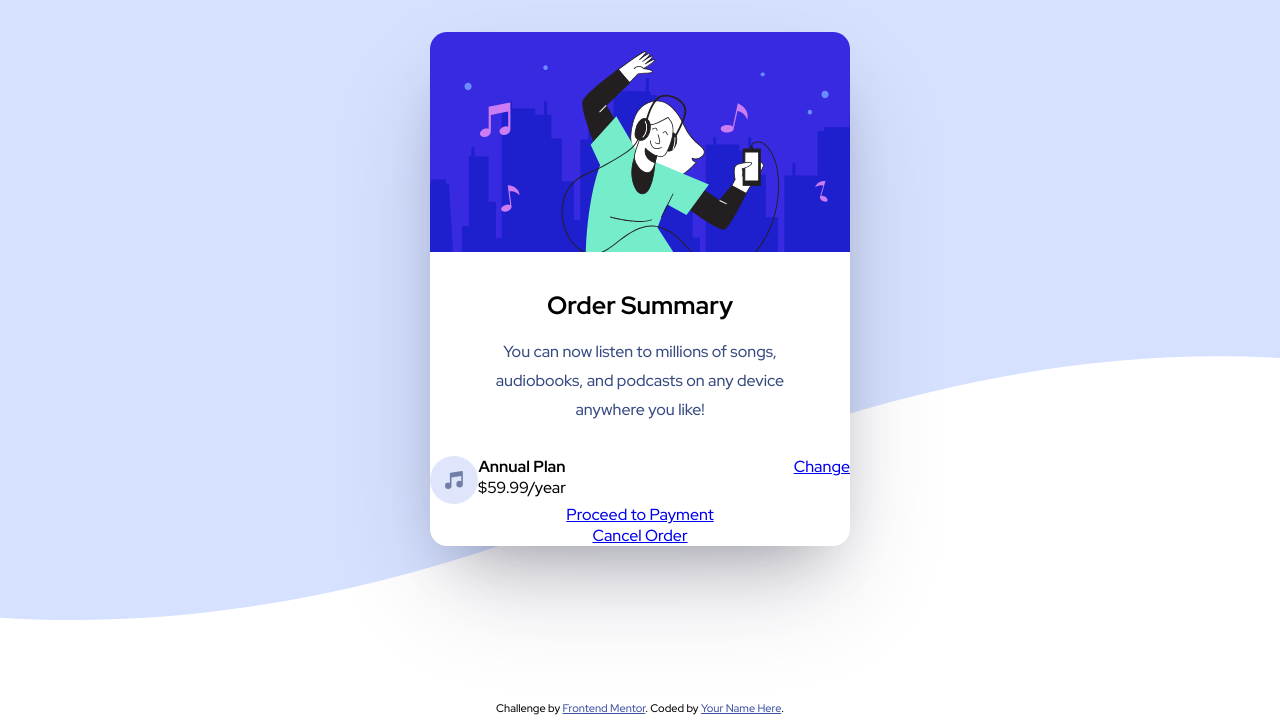
Repository: DejV44/order-summary-frontend
Page: index.html
These files come from the project's save history. The page is drawn as it stood at one moment and after the next save; the edit follows.
The browser window is 1280 px wide. The pictures show the whole page.
The style sheet was rebuilt from its Sass, Less or Tailwind sources for each picture, by a compiler version that may differ from the author's.

Above is the page before, as saved 2021-08-12 21:23:40.

### index.html
<!DOCTYPE html>
<html lang="en">
<head>
  <meta charset="UTF-8">
  <meta name="viewport" content="width=device-width, initial-scale=1.0">
  <link rel="stylesheet" href="css/style.css">

  <link rel="icon" type="image/png" sizes="32x32" href="./images/favicon-32x32.png">

  <title>Frontend Mentor | Order summary card</title>

</head>
<body>
  <div class="container">
    <div class="backgr">
      <img src="/images/illustration-hero.svg" alt="hero">
    </div>
    <div class="content">
      <h1>Order Summary</h1>
      <p>You can now listen to millions of songs, audiobooks, and podcasts on any
      device anywhere you like!</p>
    </div>
    <div class="price_container">
      <div class="annual">
        <img src="/images/icon-music.svg" alt="music">
        <div>
          <p class="bold">Annual Plan</p>
          <p>$59.99/year</p>
        </div>

      </div>
      <a href="#">Change</a>
    </div>
    <div class="button">
      <a href="#">Proceed to Payment</a>
    </div>
    <div class="cancel_button">
      <a href="#">Cancel Order</a>
    </div>

  </div>

  <div class="attribution">
    Challenge by <a href="https://www.frontendmentor.io?ref=challenge" target="_blank">Frontend Mentor</a>.
    Coded by <a href="#">Your Name Here</a>.
  </div>
</body>
</html>

### css/style.scss
* {
    margin: 0;
    padding: 0;
}
@import url('https://fonts.googleapis.com/css2?family=Red+Hat+Display:wght@500;700;900&display=swap');
@import "variables";
@import "mixins";

body {
    @include body;
    @include fonts;
}

.container {
    @include container;
    @include border;

}
.attribution {
    @include attribution;
}

.content {
    @include content;
}

.price_container {
    display: flex;
    justify-content: space-between;

    .annual {
        display: flex;

        .bold {
            font-weight: 700;
        }
    }
}

### css/_variables.scss
// ---COLORS--

$Paleblue: hsl(225, 100%, 94%);
$Brightblue: hsl(245, 75%, 52%);
$VeryPaleBlue: hsl(225, 100%, 98%);
$Desaturatedblue: hsl(224, 41%, 36%);
$DarkBlue: hsl(223, 47%, 23%);

### css/_mixins.scss
@mixin fonts {
    font-family: 'Red Hat Display', sans-serif;
}

@mixin backgroundMob {
    background: url(/images/pattern-background-mobile.svg);
    background-repeat: no-repeat;
    background-size: cover;
    background-position: center;
}

@mixin container {
    max-width: 420px;
    margin: 0 auto;
    text-align: center;
    box-shadow: rgba(255, 255, 255, 0.1) 0px 1px 1px 0px inset, rgba(50, 50, 93, 0.25) 0px 50px 100px -20px, rgba(0, 0, 0, 0.3) 0px 30px 60px -30px;
    overflow: hidden;
    @include fonts;
    background: white;
}

@mixin border {
    border-radius: 17px;

}

@mixin attribution {
    position: fixed;
    bottom: 5px;
    font-size: 11px; text-align: center;
    a {
        color: hsl(228, 45%, 44%);
    }
}

@mixin body {
    @include backgroundMob;
    display: flex;
    justify-content: center;
    align-items: center;
    margin: 2rem auto;
}

@mixin content {
    padding: 2rem;

    h1 {
        font-size: 25px;
        padding-bottom: 1rem;
    }

    p {
        line-height: 1.8rem;
        color: $Desaturatedblue;
    }
}

After the next save:
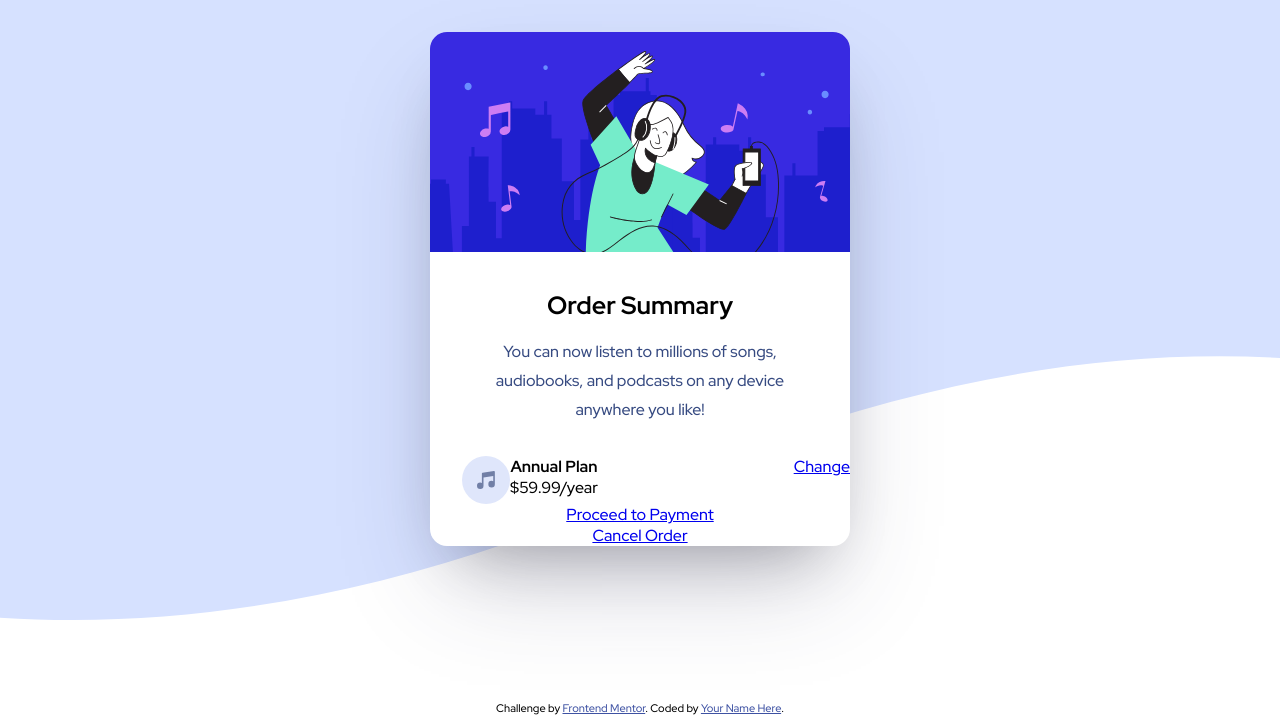
Saved 49 s later.
--- a/css/style.scss
+++ b/css/style.scss
@@ -30,7 +30,7 @@ body {
 
     .annual {
         display: flex;
-
+        padding: 0 2rem;
         .bold {
             font-weight: 700;
         }
